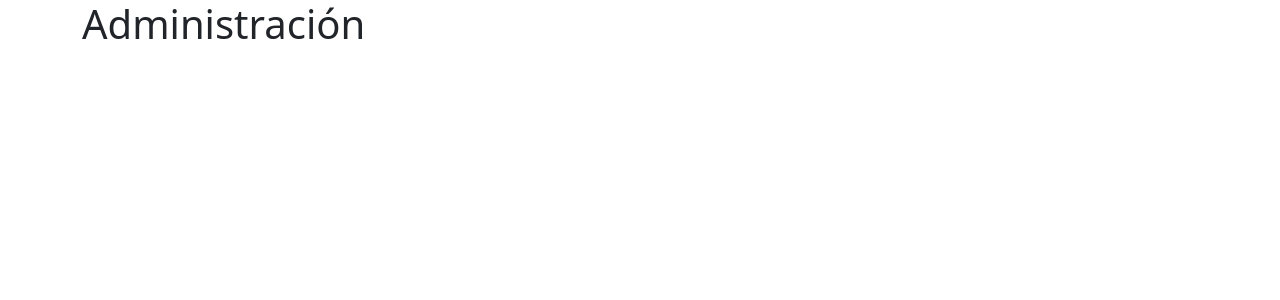
Repository: pedro-donoso/vanilla-js
Page: index.html
An editor plug-in stored every save of this project. The page is shown before and after the next save, followed by the edit.
The browser window is 1280 px wide. The pictures show the whole page.

Above is the page before, as saved 2024-01-31 13:17:28.
Console error: SyntaxError: Unexpected identifier 'assert'

### index.html
<!doctype html>
<html lang="es">

<head>
    <meta charset="utf-8">
    <meta name="viewport" content="width=device-width, initial-scale=1">
    <title>CRUD JavaScript</title>
    <link href="https://cdn.jsdelivr.net/npm/bootstrap@5.3.2/dist/css/bootstrap.min.css" rel="stylesheet"
        integrity="sha384-T3c6CoIi6uLrA9TneNEoa7RxnatzjcDSCmG1MXxSR1GAsXEV/Dwwykc2MPK8M2HN" crossorigin="anonymous">
</head>

<body>

    <div class="container">
        <div class="row">
            <div class="col">
                <h1>Administración</h1>
            </div>
        </div>
        <div class="row">
            <div class="col">
                <h3></h3>
            </div>
        </div>
    </div>


    <script src="https://cdn.jsdelivr.net/npm/bootstrap@5.3.2/dist/js/bootstrap.bundle.min.js"
        integrity="sha384-C6RzsynM9kWDrMNeT87bh95OGNyZPhcTNXj1NW7RuBCsyN/o0jlpcV8Qyq46cDfL"
        crossorigin="anonymous"></script>

        <script src="./js/app.js" type="module"></script>

</body>

</html>

### js/app.js
import datos from '../data/data.json' assert{type:"json"};
import {Gift} from './clases'

After the next save:
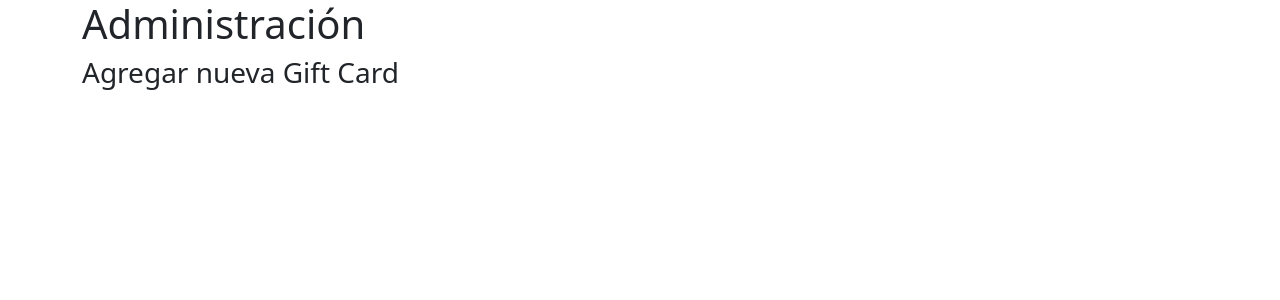
Saved 11 s later.
--- a/index.html
+++ b/index.html
@@ -19,7 +19,7 @@
         </div>
         <div class="row">
             <div class="col">
-                <h3></h3>
+                <h3>Agregar nueva Gift Card</h3>
             </div>
         </div>
     </div>
